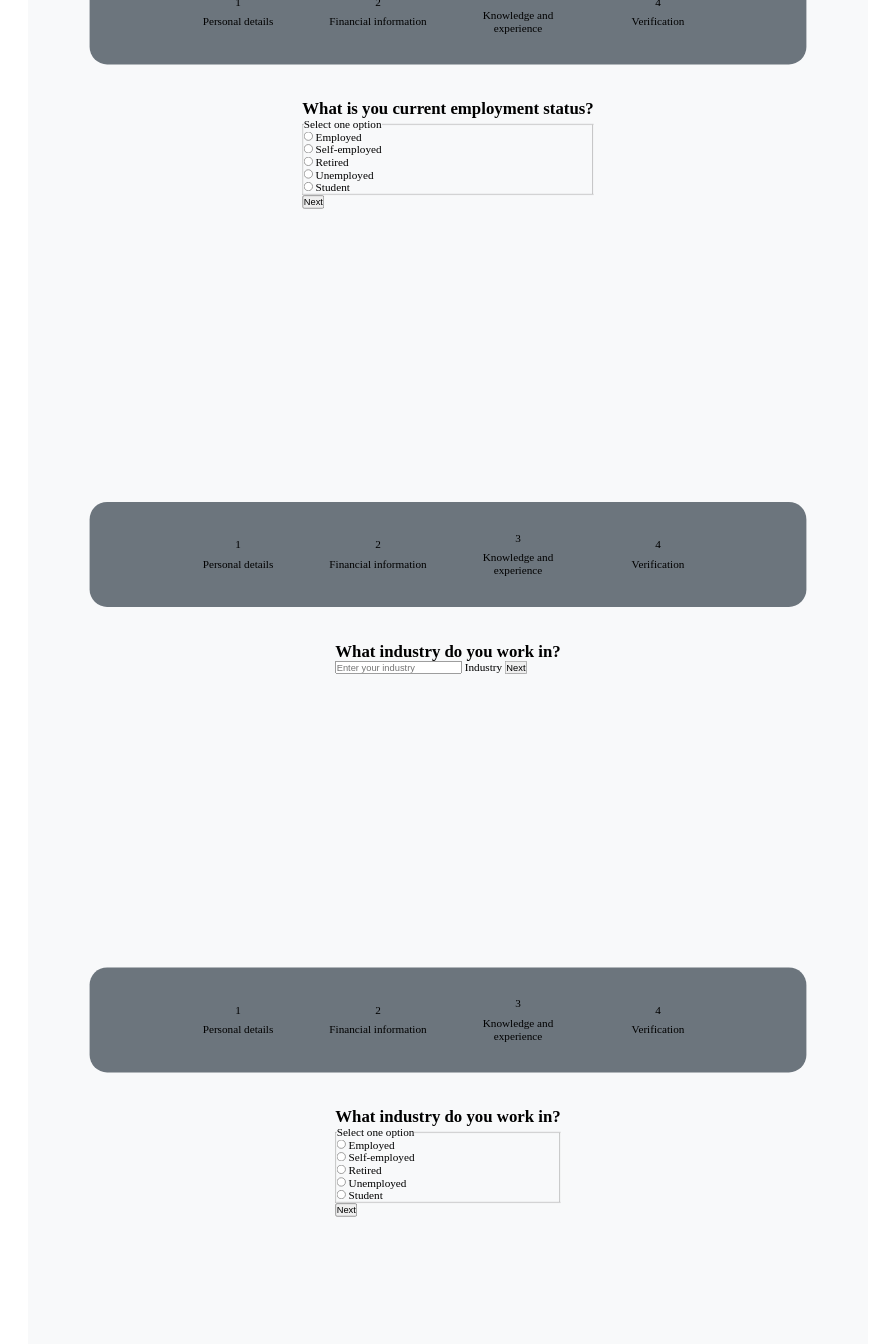
Repository: Jacques-Jaki-Morkel/vaultmarkets_SignupFlow
Page: index.HTML
These files come from the project's save history. The page is drawn as it stood at one moment and after the next save; the edit follows.
The browser window is 1280 px wide. The pictures show the part of the page from y = 3120 to 5040 px (the page is 5040 px tall), at 70% of full size.

Above is the page before, as saved 2025-07-30 15:17:46.

After the next save:
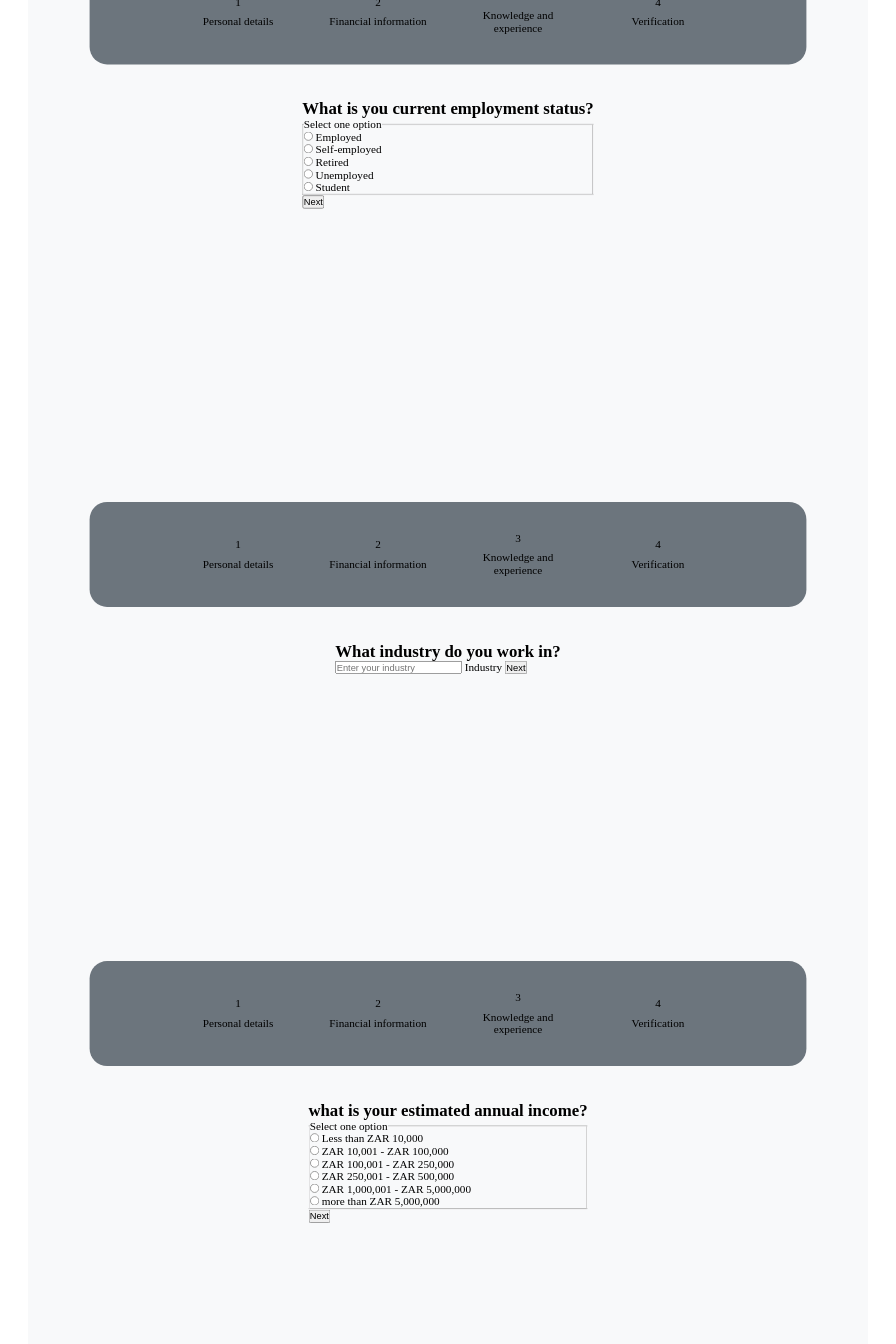
Saved 3 min 50 s later.
--- a/index.HTML
+++ b/index.HTML
@@ -392,64 +392,68 @@
     </section>
     <!-- End of Financial information Section - page 2 -->
 
-     <!-- Financial information Section - page 3 continued -->
-    <section class="container-size personal-2">
-        <!-- Row 1: Progress Bar -->
-        <div class="progress-bar-wrapper">
-            <div class="progress-bar">
-                <ol class="progress-steps">
-                    <li>
-                        <div>1</div>
-                        <p>Personal details</p>
-                    </li>
-                    <li>
-                        <div>2</div>
-                        <p>Financial information</p>
-                    </li>
-                    <li>
-                        <div>3</div>
-                        <p>Knowledge and experience</p>
-                    </li>
-                    <li>
-                        <div>4</div>
-                        <p>Verification</p>
-                    </li>
-                </ol>
-            </div>
-        </div>
-
-        <!-- Row 2: Form -->
-        <div>
-            <h2>What industry do you work in?</h2>
-
-            <form action="#" method="POST">
-<!-- Select 1 option -->
+    <!-- Financial information Section - page 3 continued -->
+    <section class="container-size personal-2">
+        <!-- Row 1: Progress Bar -->
+        <div class="progress-bar-wrapper">
+            <div class="progress-bar">
+                <ol class="progress-steps">
+                    <li>
+                        <div>1</div>
+                        <p>Personal details</p>
+                    </li>
+                    <li>
+                        <div>2</div>
+                        <p>Financial information</p>
+                    </li>
+                    <li>
+                        <div>3</div>
+                        <p>Knowledge and experience</p>
+                    </li>
+                    <li>
+                        <div>4</div>
+                        <p>Verification</p>
+                    </li>
+                </ol>
+            </div>
+        </div>
+
+        <!-- Row 2: Form -->
+        <div>
+            <h2>what is your estimated annual income?</h2>
+
+            <form action="#" method="POST">
+                <!-- Select 1 option -->
                 <fieldset>
                     <legend>Select one option</legend>
 
                     <div>
                         <input type="radio" id="option1" name="selection" value="option1" required>
-                        <label for="option1">Employed</label>
+                        <label for="option1">Less than ZAR 10,000</label>
                     </div>
 
                     <div>
                         <input type="radio" id="option2" name="selection" value="option2">
-                        <label for="option2">Self-employed</label>
+                        <label for="option2">ZAR 10,001 - ZAR 100,000</label>
                     </div>
 
                     <div>
                         <input type="radio" id="option3" name="selection" value="option3">
-                        <label for="option3">Retired</label>
+                        <label for="option3">ZAR 100,001 - ZAR 250,000</label>
                     </div>
 
                     <div>
                         <input type="radio" id="option4" name="selection" value="option4">
-                        <label for="option4">Unemployed</label>
+                        <label for="option4">ZAR 250,001 - ZAR 500,000</label>
                     </div>
 
                     <div>
                         <input type="radio" id="option5" name="selection" value="option5">
-                        <label for="option5">Student</label>
+                        <label for="option5">ZAR 1,000,001 - ZAR 5,000,000</label>
+                    </div>
+                    <div>
+                        <input type="radio" id="option6" name="selection" value="option6">
+                        <label for="option6">more than ZAR 5,000,000</label>
                     </div>
                 </fieldset>
                 <button type="submit">Next</button>
